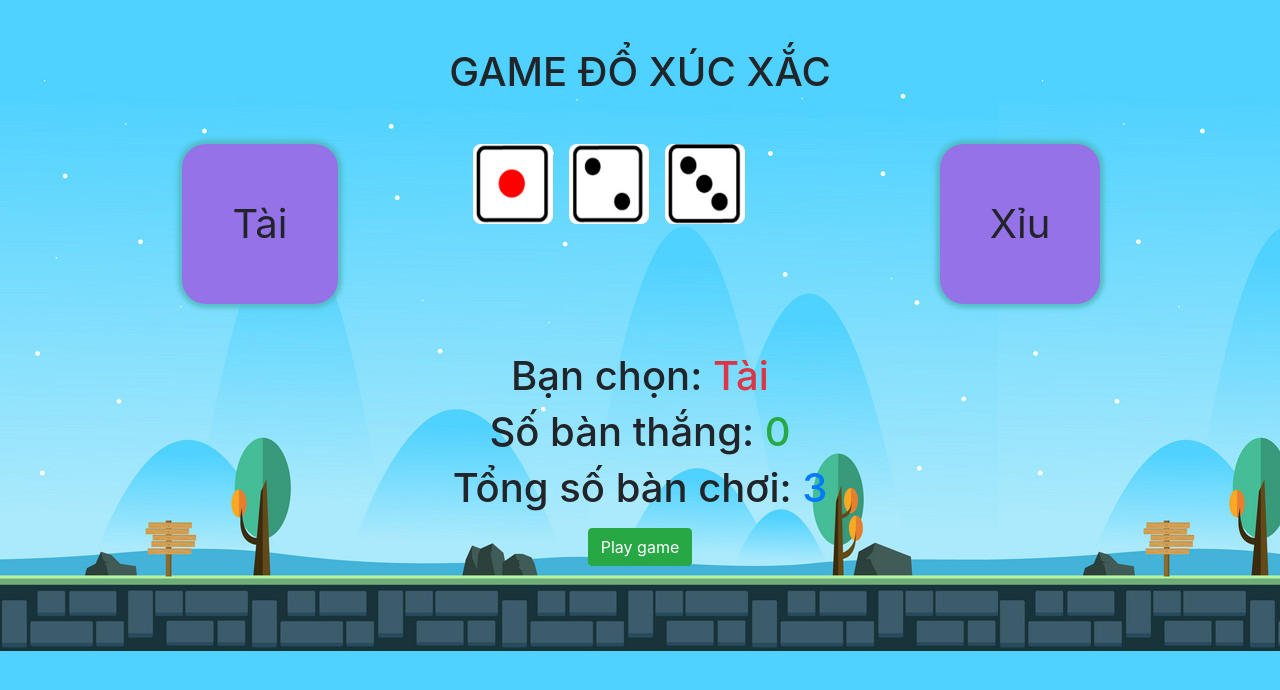
Repository: dovanthao2404/game-xuc-sac
Page: /
An editor plug-in stored every save of this project. The page is shown before and after the next save, followed by the edit.
The browser window is 1280 px wide. The pictures show the whole page.
The project was rebuilt for these pictures with package versions that can differ from the ones it lists, and the page was loaded fresh each time.

Above is the page before, as saved 2021-09-11 13:45:06.

After the next save:
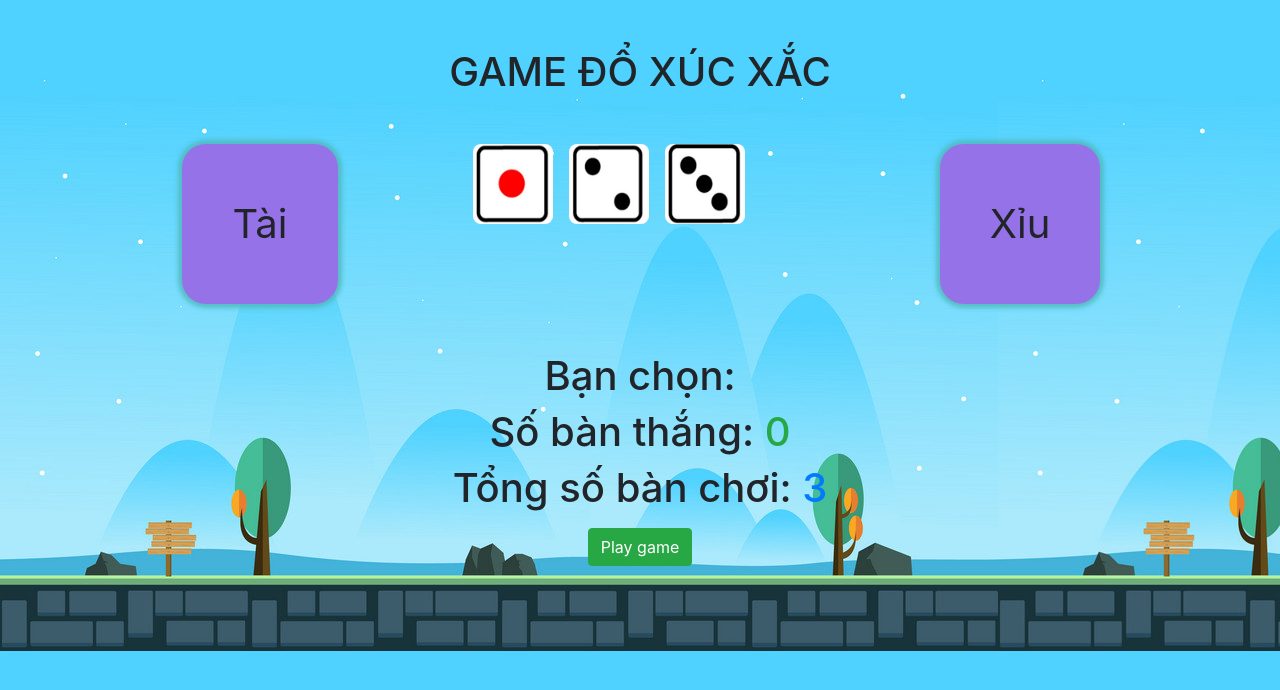
Saved 48 s later.
--- a/src/Components/index.js
+++ b/src/Components/index.js
@@ -36,7 +36,7 @@ class DoiXiNgau extends Component {
           </div>
 
           <div className="result text-center mt-5">
-            <h1>Bạn chọn: <span className="text-danger">Tài</span></h1>
+            <h1>Bạn chọn: <span className="text-danger">{this.props.game.type}</span></h1>
             <h1>Số bàn thắng: <span className="text-success">0</span></h1>
             <h1>Tổng số bàn chơi: <span className="text-primary">3</span></h1>
           </div>
